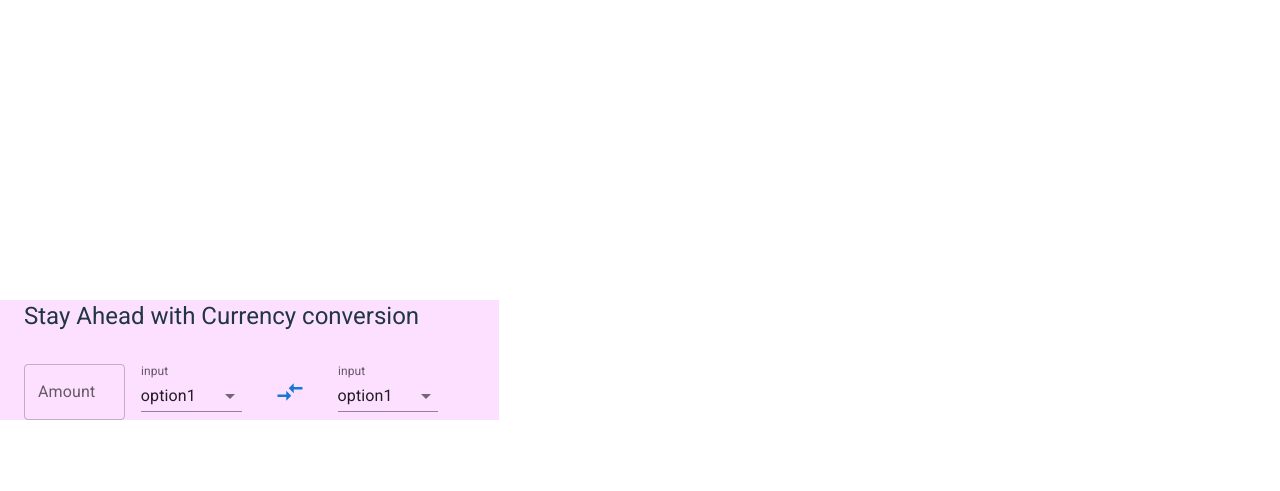
Repository: Asad-devv/CURRENCY
Page: /
An editor plug-in stored every save of this project. The page is shown before and after the next save, followed by the edit.
The browser window is 1280 px wide. The pictures show the whole page.
The project was rebuilt for these pictures with package versions that can differ from the ones it lists, and the page was loaded fresh each time. Also part of the build but not shown: craco.config.js.

Above is the page before, as saved 2023-03-02 15:20:59.

### src/main.jsx
import React from 'react'
import ReactDOM from 'react-dom/client'
import App from './App'
import './index.css'
import '@fontsource/roboto/300.css';
import '@fontsource/roboto/400.css';
import '@fontsource/roboto/500.css';
import '@fontsource/roboto/700.css';


ReactDOM.createRoot(document.getElementById('root')).render(
  <React.StrictMode>
    <App />
  </React.StrictMode>,
)

### src/App.jsx
import { Button, Container,Typography,Grid } from "@mui/material";
import { useState } from "react";
import reactLogo from "./assets/react.svg";
import InputAmount from "./components/InputAmount";
import SelectCountry from "./components/selectCountry";
import SwitchCurrency from "./components/SwitchCurrency";
// import './App.css'

function App() {
  const [count, setCount] = useState(0);

  return (
    <Container maxWidth="md" sx={{ background: "#fddfff" }}>
      <Typography variant = "h5"sx={{mb:"2rem"}}>Stay Ahead with Currency conversion</Typography>
      <Grid container spacing ={2}>
        <InputAmount/>
        <SelectCountry/>
        <SwitchCurrency/>
        <SelectCountry/>
      </Grid>
    </Container>
  );
}

export default App;

### src/components/InputAmount.jsx
import React from "react";

import { Grid, TextField ,InputAdornment} from "@mui/material";
const InputAmount = () => {
  return (
    <Grid item xs={12} md={3}>
      <TextField
        label="Amount"
        fullWidth
        inputProps={{ type: "number",startAdornment :<InputAdornment position="start">qwnm$</InputAdornment> }}

      ></TextField>
    </Grid>
  );
};

export default InputAmount;

### src/components/selectCountry.jsx
import React from 'react'
import {Autocomplete, Grid,Box ,TextField} from "@mui/material"
const SelectCountry = () => {
  return (
    <Grid item xs={12} md={3}>
    {/* <Autocomplete></Autocomplete> */}
    <Autocomplete
        value="option1"
        options = {["opt1","opt2","opt3"]}
        id="disable-clearable"
        disableClearable
        renderInput={(params) => (
          <TextField {...params} label="input" variant="standard" />
        )}
      />
  </Grid>
  )
}

export default SelectCountry

### src/components/SwitchCurrency.jsx
import React from 'react'
import {Button, Grid } from "@mui/material"
import CompareArrowsIcon from '@mui/icons-material/CompareArrows';

const SwitchCurrency = () => {
  return (
    <Grid item xs={12} md="auto">
    <Button sx={{borderRadius:1, height : "100%"}}><CompareArrowsIcon sx={{fontSize : 30}}/></Button>
  </Grid>
  )
}

export default SwitchCurrency

Loaded but not shown: index.html (common file); src/index.css (common file)

After the next save:
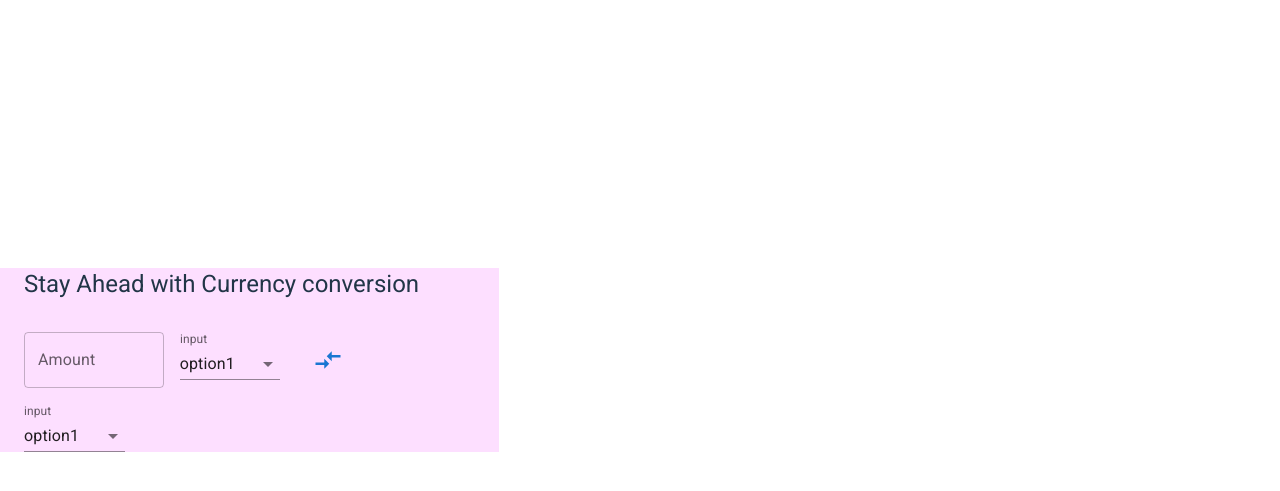
Saved 8 s later.
--- a/src/components/InputAmount.jsx
+++ b/src/components/InputAmount.jsx
@@ -3,7 +3,7 @@ import React from "react";
 import { Grid, TextField ,InputAdornment} from "@mui/material";
 const InputAmount = () => {
   return (
-    <Grid item xs={12} md={3}>
+    <Grid item xs={12} md={4}>
       <TextField
         label="Amount"
         fullWidth
